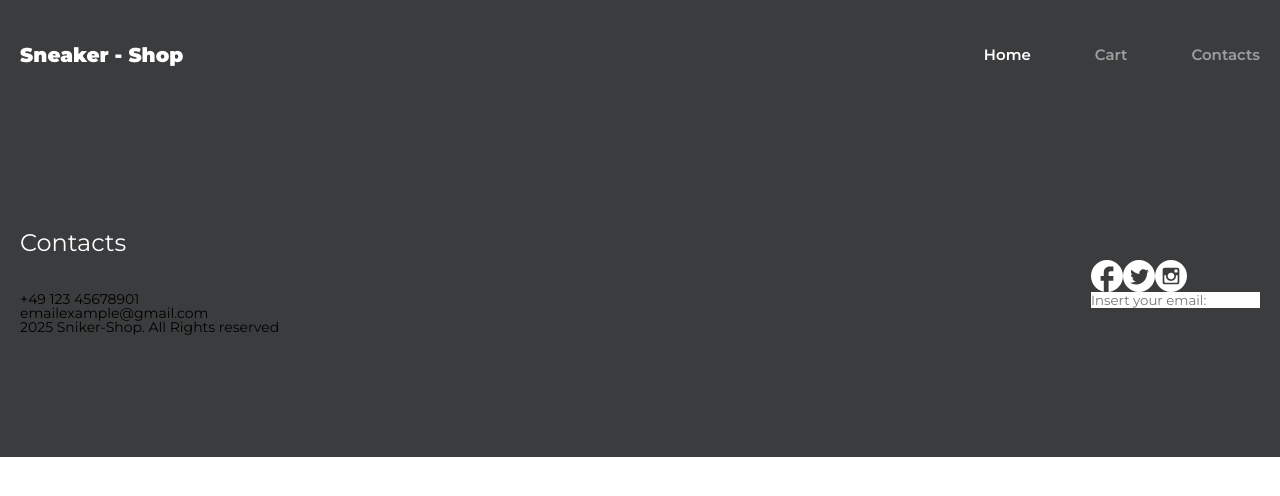
Repository: IstratiiNik/sneaker-shop
Page: /
The author's editor kept a copy of each file at every save. The page is drawn from the files as they stood at one save, then again after the next save.
The browser window is 1280 px wide. The pictures show the whole page.
The project was rebuilt for these pictures with package versions that can differ from the ones it lists, and the page was loaded fresh each time. Also part of the build but not shown: vite.config.js.

Above is the page before, as saved 2025-07-01 14:16:55.

### index.html
<!DOCTYPE html>
<html lang="en">
  <head>
    <meta charset="UTF-8" />
    <link rel="icon" type="image/svg+xml" href="/vite.svg" />
    <link rel="preconnect" href="https://fonts.googleapis.com" />
    <link rel="preconnect" href="https://fonts.gstatic.com" crossorigin />
    <link
      href="https://fonts.googleapis.com/css2?family=Montserrat:ital,wght@0,100..900;1,100..900&family=Red+Hat+Display:ital,wght@0,300..900;1,300..900&display=swap"
      rel="stylesheet"
    />
    <meta name="viewport" content="width=device-width, initial-scale=1.0" />
    <title>Sneaker Shop</title>
  </head>
  <body>
    <div id="root"></div>
    <script type="module" src="/src/main.jsx"></script>
  </body>
</html>

### src/App.jsx
import Header from "./components/Header/Header";
import Footer from "./components/Footer/Footer";
import "./App.css";

function App() {
  return (
    <div className="wrapper">
      <Header />
      <Footer />
    </div>
  );
}

export default App;

### src/components/Header/Header.jsx
import React from "react";
import { NavLink } from "react-router-dom";
import styles from "./Header.module.scss";

const Header = () => {
  return (
    <header className={styles.header}>
      <div className={styles.container}>
        <h1>Sneaker - Shop</h1>
        <nav className={styles.nav}>
          <NavLink
            to="/"
            style={({ isActive }) => ({
              color: isActive ? "#FFFFFF" : "#FFFFFF80",
            })}
          >
            Home
          </NavLink>
          <NavLink
            to="/cart"
            style={({ isActive }) => ({
              color: isActive ? "#FFFFFF" : "#FFFFFF80",
            })}
          >
            Cart
          </NavLink>
          <NavLink
            to="/contacts"
            style={({ isActive }) => ({
              color: isActive ? "#FFFFFF" : "#FFFFFF80",
            })}
          >
            Contacts
          </NavLink>
        </nav>
      </div>
    </header>
  );
};

export default Header;

### src/components/Footer/Footer.jsx
import React from "react";
import styles from "./Footer.module.scss";
import facebookLogo from "../../assets/Facebook_logo.svg";
import twitterLogo from "../../assets/Twitter_logo.svg";
import instagramLogo from "../../assets/Instagram_logo.svg";

const Footer = () => {
  return (
    <footer className={styles.footer}>
      <div className={styles.container}>
        <div className={styles.footerLeft}>
          <h3>Contacts</h3>
          <div>
            <p>+49 123 45678901</p>
            <p>emailexample@gmail.com</p>
          </div>
          <p>2025 Sniker-Shop. All Rights reserved</p>
        </div>
        <div className={styles.footerRight}>
          <div>
            <a href="link.domain">
              <img src={facebookLogo} alt="facebook" />
            </a>
            <a href="link.domain">
              <img src={twitterLogo} alt="twitter" />
            </a>
            <a href="link.domain">
              <img src={instagramLogo} alt="instagram" />
            </a>
          </div>
          <input type="text" placeholder="Insert your email:" />
        </div>
      </div>
    </footer>
  );
};

export default Footer;

### src/App.css
@import "reset.css";

#root {
  font-family: Montserrat;
  margin: 0 auto;
  height: 100%;
}

.wrapper {
  min-height: 100vh;
  display: flex;
  flex-direction: column;
}

### src/components/Header/Header.module.scss
.header {
  background-color: rgb(59, 60, 61);
  height: 110px;
  width: 100%;
}
.container {
  max-width: 1420px;
  margin: 0 auto;
  height: 100%;
  display: flex;
  align-items: center;
  justify-content: space-between;
  padding: 0 20px;

  h1 {
    color: rgb(255, 255, 255);
    font-size: 20px;
    font-weight: 900;
    line-height: 24px;
  }
}

.nav {
  display: flex;
  gap: 64px;

  font-size: 15px;
  font-weight: 600;
  line-height: 18px;

  @media (max-width: 900px) {
    gap: 40px;
  }

  @media (max-width: 600px) {
    gap: 30px;
  }
}

### src/components/Footer/Footer.module.scss
.footer {
  background-color: rgb(59, 60, 61);
  height: 347px;
  width: 100%;
}
.container {
  max-width: 1420px;
  margin: 0 auto;
  height: 100%;
  display: flex;
  align-items: center;
  justify-content: space-between;
  padding: 0 20px;
}

.footerLeft {
  h3 {
    color: rgb(255, 255, 255);
    font-size: 24px;
    line-height: 81%;
    margin-bottom: 40px;
  }

  p {

  }
}

.footerRight {
}

### src/reset.css
@charset "UTF-8";
/*Reset style*/
* {
  padding: 0;
  margin: 0;
  border: 0;
}

*,
*:before,
*:after {
  -webkit-box-sizing: border-box;
  box-sizing: border-box;
}

:focus,
:active {
  outline: none;
}

a:focus,
a:active {
  outline: none;
}

nav,
footer,
header,
aside {
  display: block;
}

html,
body {
  height: 100%;
  width: 100%;
  font-size: 100%;
  line-height: 1;
  font-size: 14px;
  -ms-text-size-adjust: 100%;
  -moz-text-size-adjust: 100%;
  -webkit-text-size-adjust: 100%;
}

input,
button,
textarea {
  font-family: inherit;
}

input::-ms-clear {
  display: none;
}

button {
  cursor: pointer;
}

button::-moz-focus-inner {
  padding: 0;
  border: 0;
}

a,
a:visited {
  text-decoration: none;
}

a:hover {
  text-decoration: underline;
}

ul li {
  list-style: none;
}

img {
  vertical-align: top;
}

h1,
h2,
h3,
h4,
h5,
h6 {
  font-size: inherit;
  font-weight: inherit;
}

/*--------------------*/

Loaded but not shown: src/main.jsx (common file)

After the next save:
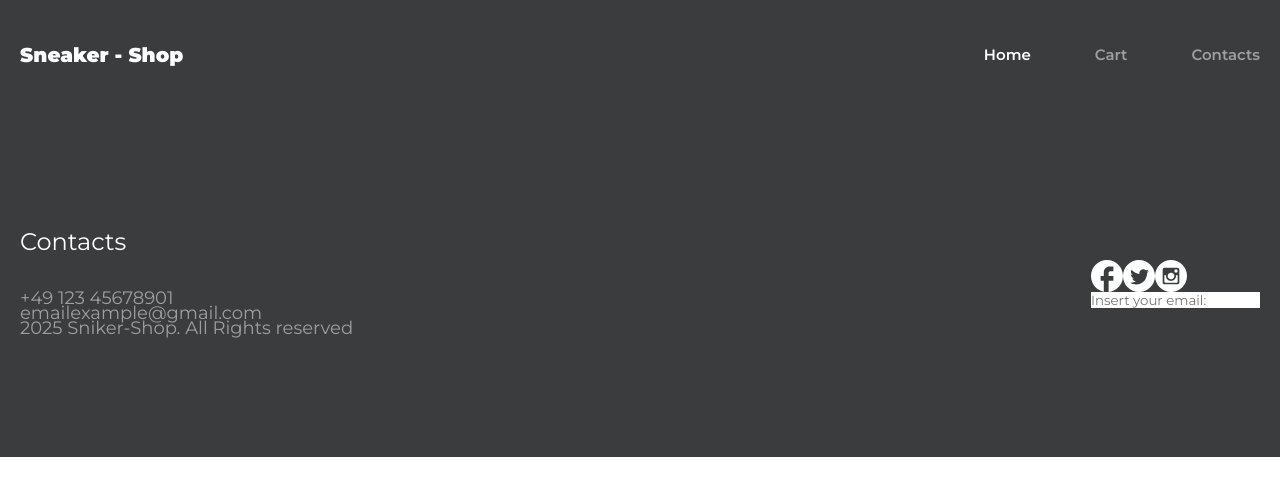
Saved 17 s later.
--- a/src/components/Footer/Footer.module.scss
+++ b/src/components/Footer/Footer.module.scss
@@ -22,7 +22,13 @@
   }
 
   p {
-
+    color: rgba(255, 255, 255, 0.5);
+    font-family: Montserrat;
+    font-size: 18px;
+    font-weight: 400;
+    line-height: 81%;
+    letter-spacing: 0%;
+    text-align: left;
   }
 }
 
